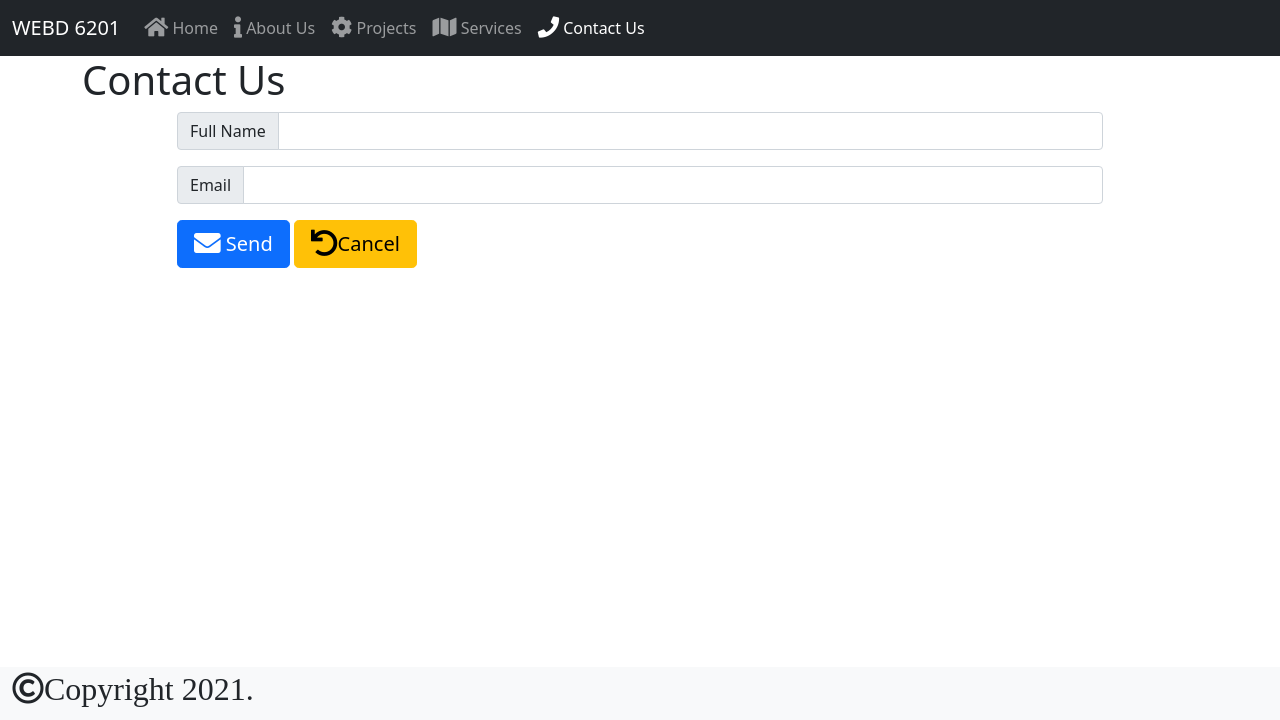
Repository: vans12345678/WEBD6201-W2021-Week3
Page: contact.html
An editor plug-in stored every save of this project. The page is shown before and after the next save, followed by the edit.
The browser window is 1280 px wide. The pictures show the whole page.

Above is the page before, as saved 2021-01-21 09:32:39.

### contact.html
<!DOCTYPE html>
<html lang="en">
<head>
    <meta charset="UTF-8">
    <meta name="viewport" content="width=device-width, initial-scale=1.0">
    <title>Contact Us</title>

    <!-- CSS Section -->
    <link rel="stylesheet" href="./node_modules/bootstrap/dist/css/bootstrap.min.css">
    <link rel="stylesheet" href="./node_modules/@fortawesome/fontawesome-free/css/all.min.css">
    <link rel="stylesheet" href="./Content/app.css">
</head>
<body>
  <!-- Main Header -->
    <header>
      <!-- Main Navigation -->
        <nav class="navbar navbar-expand-lg navbar-dark bg-dark">
            <div class="container-fluid">
              <a class="navbar-brand" href="index.html">WEBD 6201</a>
              <button class="navbar-toggler" type="button" data-bs-toggle="collapse" data-bs-target="#navbarSupportedContent" aria-controls="navbarSupportedContent" aria-expanded="false" aria-label="Toggle navigation">
                <span class="navbar-toggler-icon"></span>
              </button>
              <div class="collapse navbar-collapse" id="navbarSupportedContent">
                <ul class="navbar-nav me-auto mb-2 mb-lg-0">
                  <li class="nav-item">
                    <a class="nav-link " aria-current="page" href="index.html"><i class="fas fa-home fa-lg"></i> Home</a>
                  </li>

                  <li class="nav-item">
                    <a class="nav-link" aria-current="page" href="about.html"><i class="fas fa-info fa-lg"></i> About Us</a>
                  </li>

                  <li class="nav-item">
                    <a class="nav-link" aria-current="page" href="projects.html"><i class="fas fa-cog fa-lg"></i> Projects</a>
                  </li>

                  <li class="nav-item">
                    <a class="nav-link" aria-current="page" href="services.html"><i class="fas fa-map fa-lg"></i> Services</a>
                  </li>

                  <li class="nav-item">
                    <a class="nav-link active" aria-current="page" href="contact.html"><i class="fas fa-phone fa-lg"></i> Contact Us</a>
                  </li>
                </ul>
              </div>
            </div>
          </nav>
    </header>
  <!-- Main Contents -->
    <main class="container">
        <h1>Contact Us</h1>

        <div class = "row justify-content-lg-center">
          <form class = "col-col-lg-6 col-md-10 col-sm-10">
            <div class="input-group mb-3">
              <span class="input-group-text" id="inputGroup-sizing-default">Full Name</span>
              <input id = "fullName" type="text" class="form-control" aria-label="Full Name" aria-describedby="Full Name Input"
              name = "fullName" required>
            </div>

            <div class="input-group mb-3">
              <span class="input-group-text" id="inputGroup-sizing-default">Email</span>
              <input id = "emailAddress" type="email" class="form-control" aria-label="Email Address" aria-describedby="Email Address Input"
              name = "emailAddress" required>
            </div>

          <button type="submit" class="btn btn-primary btn-lg"><i class="fas fa-envelope fa-lg"></i> Send</button>
          <button type="reset" class="btn btn-warning btn-lg"><i class="fas fa-undo fa-lg"></i>Cancel</button>
        </form>
        </div>


    </main>
    <!-- Main Footer -->
    <footer>
        <nav class="navbar fixed-bottom navbar-light bg-light">
            <div class="container-fluid">
                <h4><i class="far fa-copyright fa-lg">Copyright 2021.</i></h4>
            </div>
          </nav>
    </footer>
    <!-- Script Section -->
    <script src="./node_modules/jquery/dist/jquery.min.js"></script>
    <script src="./node_modules/bootstrap/dist/js/bootstrap.bundle.min.js"></script>
    <script src="./Scripts/app.js"></script>
</body>
</html>

### Scripts/app.js
/* Custom JavaScript goes here */

//IIFE - Immediately Invoked Function Expression
//AKA - Anonymous Self-Executing Function
//Closure - limits scope leak

"use strict";

(function(){

    function displayHome()
    {

        let paragraphOneText = "This is a simple site to demonstrate DOM Manipulation for ICE 1";
        let paragraphOneElement = document.getElementById("paragraphOne");

        paragraphOneElement.textContent = paragraphOneText;
        //paragraphOneElement.style = "color: blue; font-weight: bold;";
        paragraphOneElement.className = "fs-5 fw-bold text-center";

        //Step 1. document.createElement
        let newParagraph = document.createElement("p");
        //Step 2. Configure the element
        newParagraph.setAttribute("id", "paragraphTwo");
        newParagraph.textContent = "... And this is paragraph two";
        //Step 3. Select parent element
        let mainContent = document.getElementsByTagName("main")[0];
        //Step 4. Add / Insert the element
        mainContent.appendChild(newParagraph);

        newParagraph.className = "fs-6";

        //Another way of injecting content`
        let paragraphDiv = document.createElement('div');
        let paragraphThree =  `<p id = "paragraphThree" class = "fs-7 fw-bold">...And this is the Third paragraph</p>`;
        paragraphDiv.innerHTML = paragraphThree;
        // mainContent.innerHTML = paragraphThree;
        // console.log(paragraphOneElement);

        //insertion before node
        //newParagraph.before(paragraphDiv);

        //insertion after node
        newParagraph.after(paragraphDiv);

        //deletions
        //example of removing a single element
        //paragraphOneElement.remove();

        //example of removeChild
        //mainContent.removeChild(paragraphOneElement);

        //update / modification
        //mainContent.firstElementChild.textContent = "Welcome home";

        mainContent.innerHTML =
        `<h1 id = "firstHeading">Welcome to WEBD6201 - Lab 1</h1>
        <p id = "paragraphOne" class = "fs-3 fw-bold">This is my first paragraph</p>
        `;

    }
    function displayAbout()
    {

    }
    function displayProjects()
    {

    }
    function displayServices()
    {

    }
    function displayContact()
    {

    }
    function Start()
    {
        console.log("App Started...");

        switch(document.title)
        {
            case "Home":
                displayHome();
                break;
            case "About":
                displayAbout();
                break;
            case "Projects":
                displayProjects();
                break;
            case "Services":
                displayServices();
                break;
            case "Contact":
                displayContact();
                break;
        }


    }

    window.addEventListener("load", Start);

})();

Loaded but not shown: node_modules/bootstrap/dist/css/bootstrap.min.css (library); node_modules/@fortawesome/fontawesome-free/css/all.min.css (library); Content/app.css (common file); node_modules/jquery/dist/jquery.min.js (library); node_modules/bootstrap/dist/js/bootstrap.bundle.min.js (library)

After the next save:
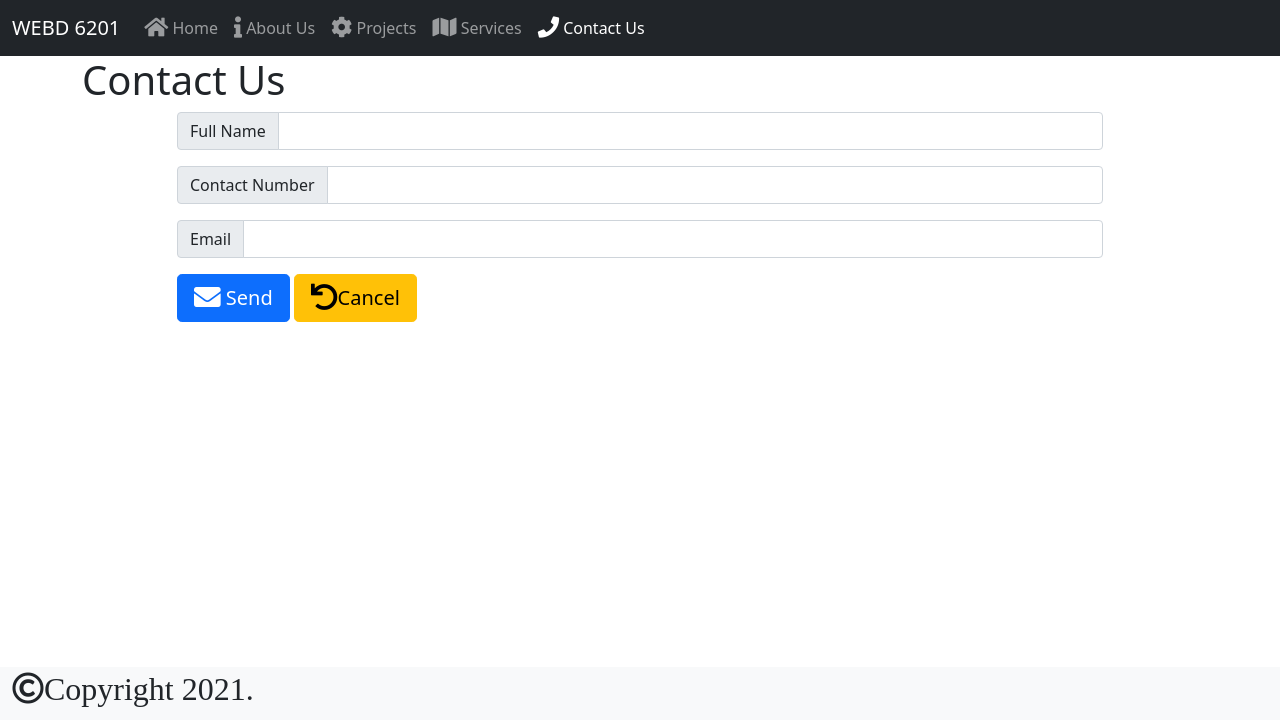
Saved 64 s later.
--- a/contact.html
+++ b/contact.html
@@ -59,6 +59,12 @@
             </div>
 
             <div class="input-group mb-3">
+              <span class="input-group-text" id="inputGroup-sizing-default">Contact Number</span>
+              <input id = "contactNumber" type="tel" class="form-control" aria-label="Contact Number" aria-describedby="Contact Number Input"
+              name = "contactNumber" required>
+            </div>
+
+            <div class="input-group mb-3">
               <span class="input-group-text" id="inputGroup-sizing-default">Email</span>
               <input id = "emailAddress" type="email" class="form-control" aria-label="Email Address" aria-describedby="Email Address Input"
               name = "emailAddress" required>
